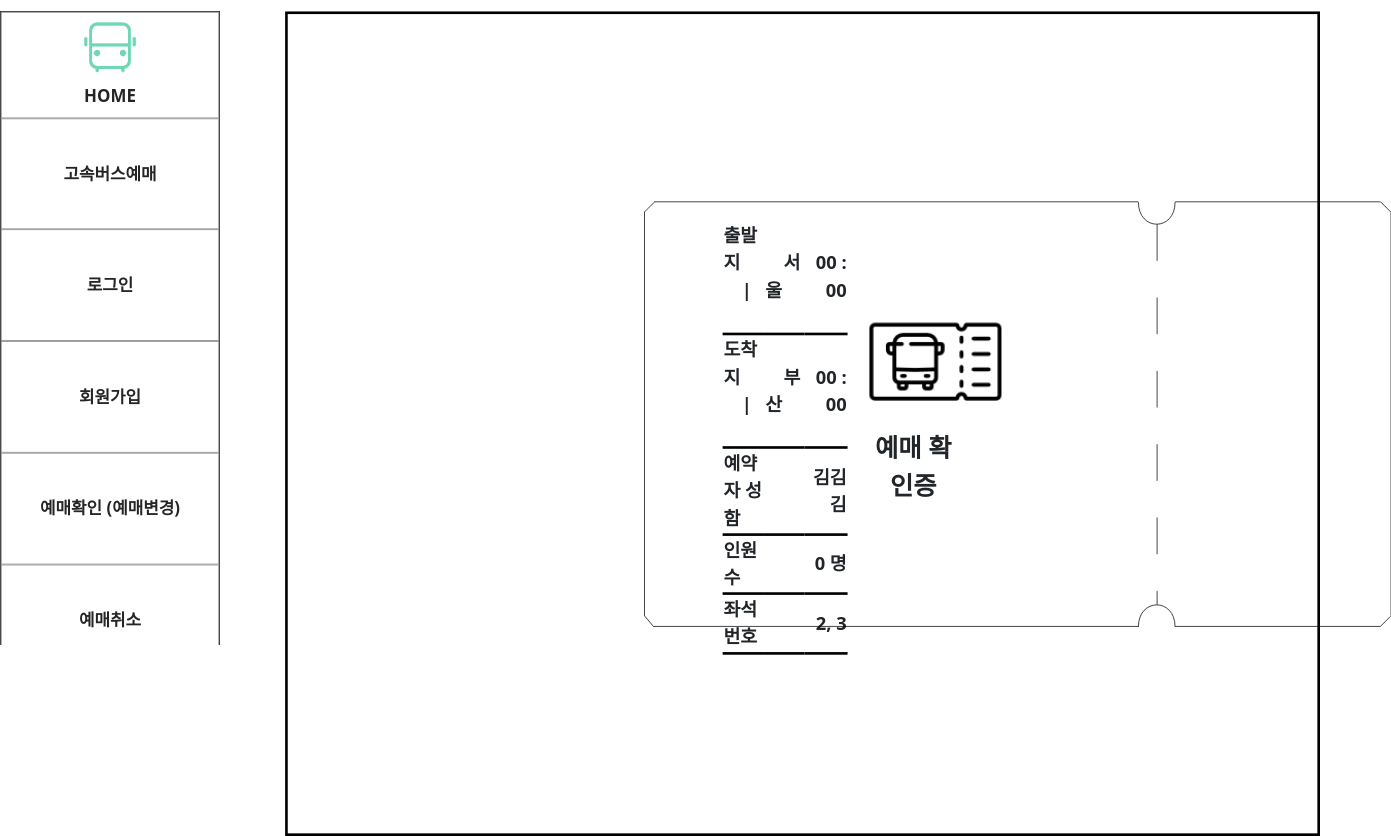
Repository: rudqhd79/spring_personal
Page: http://localhost/reservation/check
An editor plug-in stored every save of this project. The page is shown before and after the next save, followed by the edit.
The browser window is 1280 px wide. The page is 1581 px wide, so the pictures cover 1581 px, including what lies to the right of the window. The pictures show the whole page, at 88% of full size.
The page is this project's Thymeleaf template; nobody is signed in. The template is opened directly, without the code that normally fills it, so the values that code supplies are empty.

Above is the page before, as saved 2023-02-03 07:38:23.

After the next save:
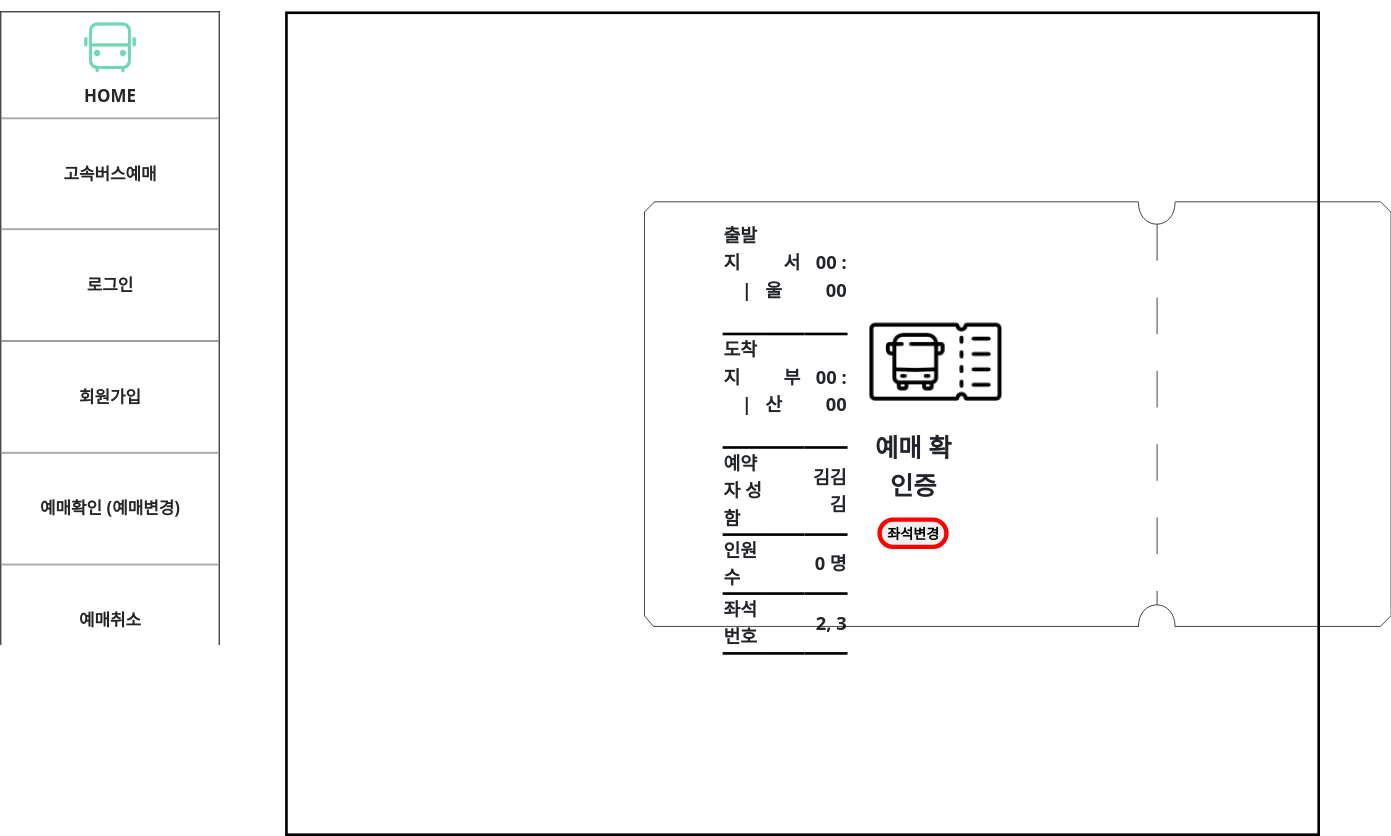
Saved 4 s later.
--- a/bus-reservation/src/main/resources/templates/reservation/check.html
+++ b/bus-reservation/src/main/resources/templates/reservation/check.html
@@ -71,6 +71,7 @@
 					<div class="check_child">
 						<img src="/img/bus_ticket.png" style="height: 150px; width: 150px" />
 						<p>예매 확인증</p>
+						<span><input type="submit" value="좌석변경" style="font-weight: bold; border: 5px solid red; border-radius: 30px;" /></span>
 					</div>
 				</div>
 			</form>
